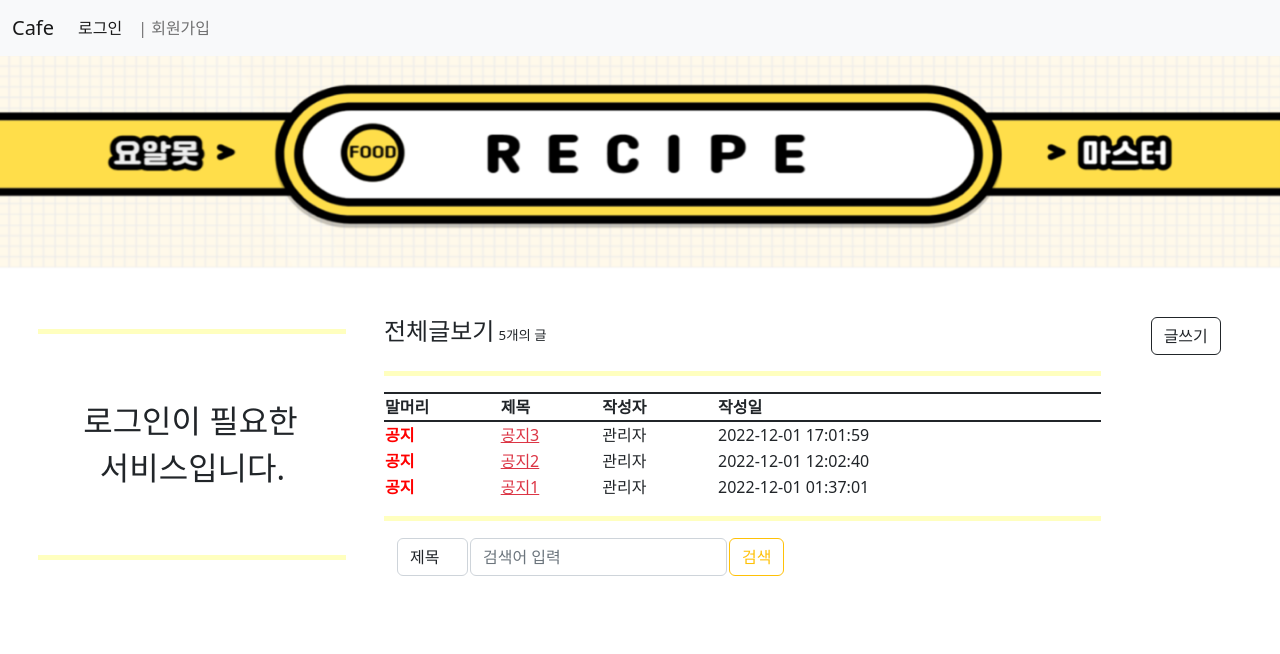
Repository: minz-cha/web_project
Page: http://localhost/jspbook/project/Main.jsp
An editor plug-in stored every save of this project. The page is shown before and after the next save, followed by the edit.
The browser window is 1280 px wide. The pictures show the whole page.
The page is served by Tomcat 9. Nobody is signed in. The application's start-up code is not run. Queries for data that is not in the repository find no rows.

Above is the page before, as saved 2022-12-04 16:38:35.

After the next save:
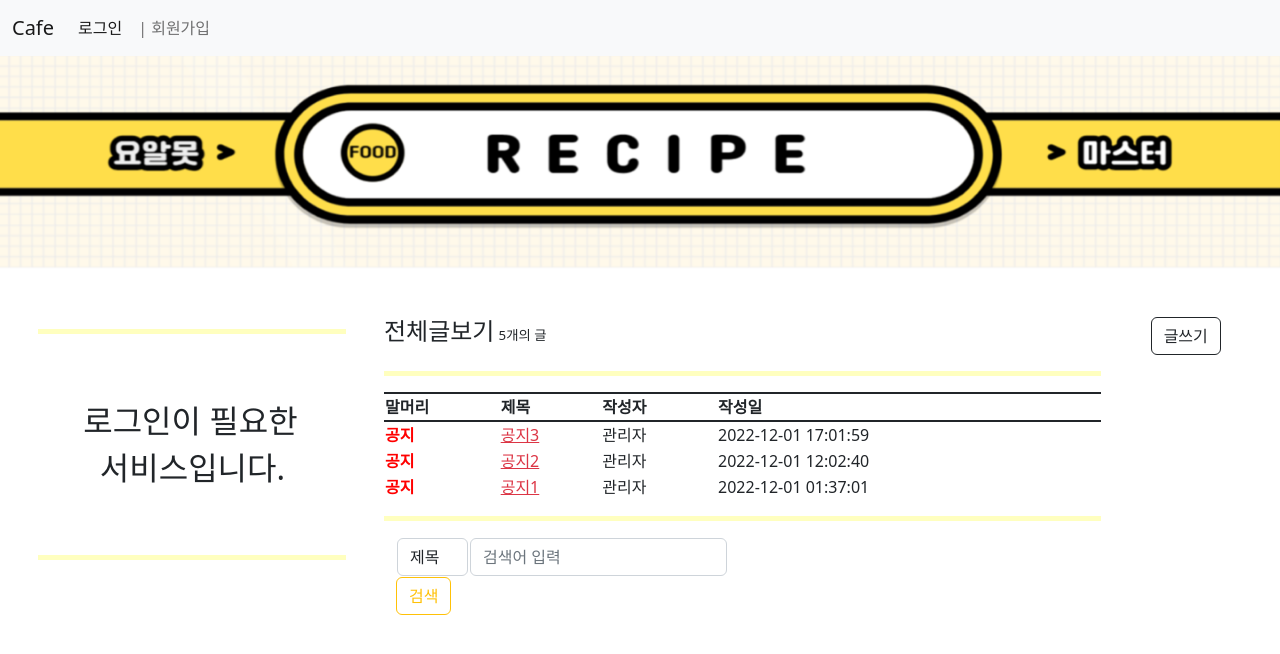
Saved 94 s later.
--- a/jspbook/WebContent/project/Main.jsp
+++ b/jspbook/WebContent/project/Main.jsp
@@ -29,10 +29,10 @@
 		var value = form.inputText.value
 
 		alert("들어와라!")
-		if(value == "") {
+		if (value == "") {
 			alert("비어있습니다.");
-		}
-		else location.href = "Main.jsp?"+option+"="+value;
+		} else
+			location.href = "Main.jsp?" + option + "=" + value;
 	}
 </script>
 <body>
@@ -192,12 +192,18 @@
 											<option value="title" selected>제목</option>
 											<option value="author">글쓴이</option>
 									</select></td>
-									<td><input type="text" class="form-control" id="inputText" name="inputText"
-										placeholder="검색어 입력" name="searchText" maxlength="100"></td>
-									<td><input type="button" value="검색" onclick="onSearch()" class="btn btn-outline-warning"></td>
+									<td><input type="text" class="form-control" id="inputText"
+										name="inputText" placeholder="검색어 입력" name="searchText"
+										maxlength="100"></td>
+									<!-- <td><input type="button" value="검색" onclick="onSearch()" class="btn btn-outline-warning"></td>
+								-->
 								</tr>
 
 							</table>
+							<div class="col">
+								<button type="button" class="btn btn-outline-warning"
+									onclick="location.href='Main.jsp'">검색</button>
+							</div>
 						</form>
 						<!-- <form>
 							<div class="form-group row">
